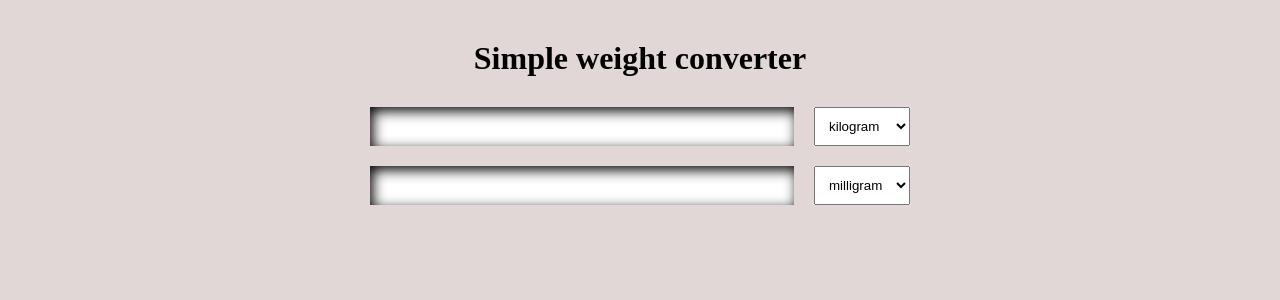
Repository: Eugene44-hub/weight-converter
Page: index.html
An editor plug-in stored every save of this project. The page is shown before and after the next save, followed by the edit.
The browser window is 1280 px wide. The pictures show the whole page.

Above is the page before, as saved 2021-09-20 05:16:50.

### index.html
<!DOCTYPE html>
<html lang="en">

<head>
    <meta charset="UTF-8">
    <meta http-equiv="X-UA-Compatible" content="IE=edge">
    <meta name="viewport" content="width=device-width, initial-scale=1.0">
    <link rel="stylesheet" href="style.css">
    <title>Document</title>
</head>

<body>
    <div class="converter">
        <h1>Simple weight converter</h1>

        <input type="number" id="typed">
        <select name="" id="in-weight">
      <option value="kg">kilogram</option>
      <option value="ou">ounce</option>
      <option value="mg">milligram</option>
    </select>
        <input type="number" id="output">
        <select name="" id="out-weight">
      <option value="mg">milligram</option>
      <option value="ou">ounce</option>
      <option value="kg">kilogram</option>
    </select>
    </div>
    <script src="app.js"></script>
</body>

</html>

### style.css
* {
    padding: 0;
    margin: 0;
    box-sizing: border-box;
}

body {
    background-color: rgb(226, 215, 215);
}

input {
    padding: 10px;
    flex: 50%;
    outline: none;
    border: none;
    box-shadow: inset 3px 4px 13px black;
}

h1 {
    text-align: center;
    flex: 100%;
    margin-bottom: 20px;
}

select {
    padding: 10px;
}

.converter {
    display: flex;
    flex-wrap: wrap;
    justify-content: space-between;
    padding: 20px;
    margin: 20px auto;
    max-width: 600px;
}

select,
input {
    margin: 10px;
}

### app.js
let typed = document.querySelector('#typed');
let output = document.querySelector('#output');
let select = document.querySelector('#in-weight');
let select2 = document.querySelector('#out-weight');

function selectTwo(val) {
    select2.addEventListener('change', e => {
        if (select2.value === 'mg' && select.value === 'kg') {
            output.value = val * Math.pow(10, 6)
        } else if (select2.value === "ou" && select.value === 'mg') {
            output.value = val * 0.000035274
        } else if (select2.value === "ou" && select.value === 'kg') {
            output.value = val * 35.274
        } else if (select2.value === "kg" && select.value === 'ou') {
            output.value = val / 35.274
        } else if (select2.value === "mg" && select.value === 'ou') {
            output.value = val / 0.000035274
        } else if (select2.value === "kg" && select.value === 'mg') {
            output.value = val / Math.pow(10, 6)
        } else {
            output.value = typed.value
        }

    })
}

function selectOne(val) {
    select.addEventListener('change', e => {

        if (select2.value === 'mg' && select.value === 'kg') {
            typed.value = val / Math.pow(10, 6)
        } else if (select2.value === "mg" && select.value === 'ou') {
            typed.value = val * 0.000035274
        } else if (select2.value === "ou" && select.value === 'kg') {
            typed.value = val / 35.274
        } else if (select2.value === "kg" && select.value === 'ou') {
            typed.value = val * 35.274
        } else if (select2.value === "ou" && select.value === 'mg') {
            typed.value = val / 0.000035274
        } else if (select2.value === "kg" && select.value === 'mg') {
            typed.value = val * Math.pow(10, 6)
        } else { typed.value = output.value }
    })
}


typed.addEventListener('input',
    e => {

        if (select2.value === 'mg' && select.value === 'kg') {
            output.value = Number(e.target.value) * Math.pow(10, 6)
        } else if (select2.value === "ou" && select.value === 'mg') {
            output.value = Number(e.target.value) * 0.000035274
        } else if (select2.value === "ou" && select.value === 'kg') {
            output.value = Number(e.target.value) * 35.274
        } else if (select2.value === "kg" && select.value === 'ou') {
            output.value = Number(e.target.value) / 35.274
        } else if (select2.value === "mg" && select.value === 'ou') {
            output.value = Number(e.target.value) / 0.000035274
        } else if (select2.value === "kg" && select.value === 'mg') {
            output.value = Number(e.target.value) / Math.pow(10, 6)
        } else {
            output.value = typed.value
        }
        selectTwo(Number(e.target.value))
    })

output.addEventListener('input',
    e => {
        if (select2.value === 'mg' && select.value === 'kg') {
            typed.value = Number(e.target.value) / Math.pow(10, 6)
        } else if (select2.value === "mg" && select.value === 'ou') {
            typed.value = Number(e.target.value) * 0.000035274
        } else if (select2.value === "ou" && select.value === 'kg') {
            typed.value = Number(e.target.value) / 35.274
        } else if (select2.value === "kg" && select.value === 'ou') {
            typed.value = Number(e.target.value) * 35.274
        } else if (select2.value === "ou" && select.value === 'mg') {
            typed.value = Number(e.target.value) / 0.000035274
        } else if (select2.value === "kg" && select.value === 'mg') {
            typed.value = Number(e.target.value) * Math.pow(10, 6)
        } else { typed.value = output.value }
        selectOne(Number(e.target.value))
    })

After the next save:
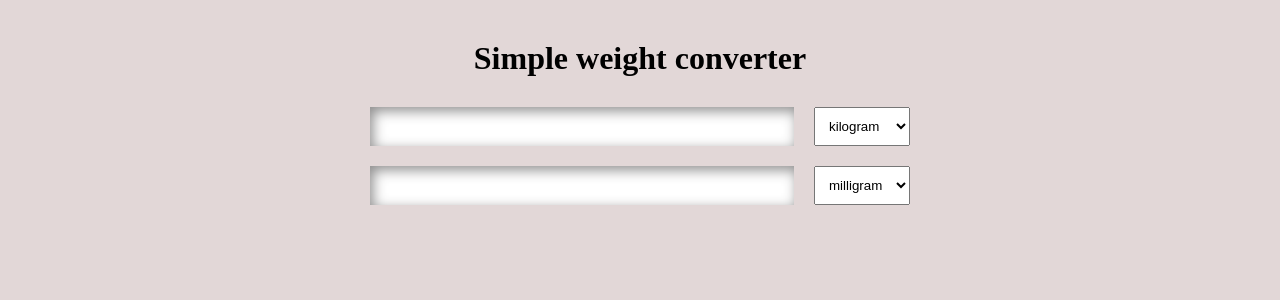
Saved 7 s later.
--- a/style.css
+++ b/style.css
@@ -13,7 +13,7 @@ input {
     flex: 50%;
     outline: none;
     border: none;
-    box-shadow: inset 3px 4px 13px black;
+    box-shadow: inset 3px 4px 13px rgb(141, 140, 140);
 }
 
 h1 {
